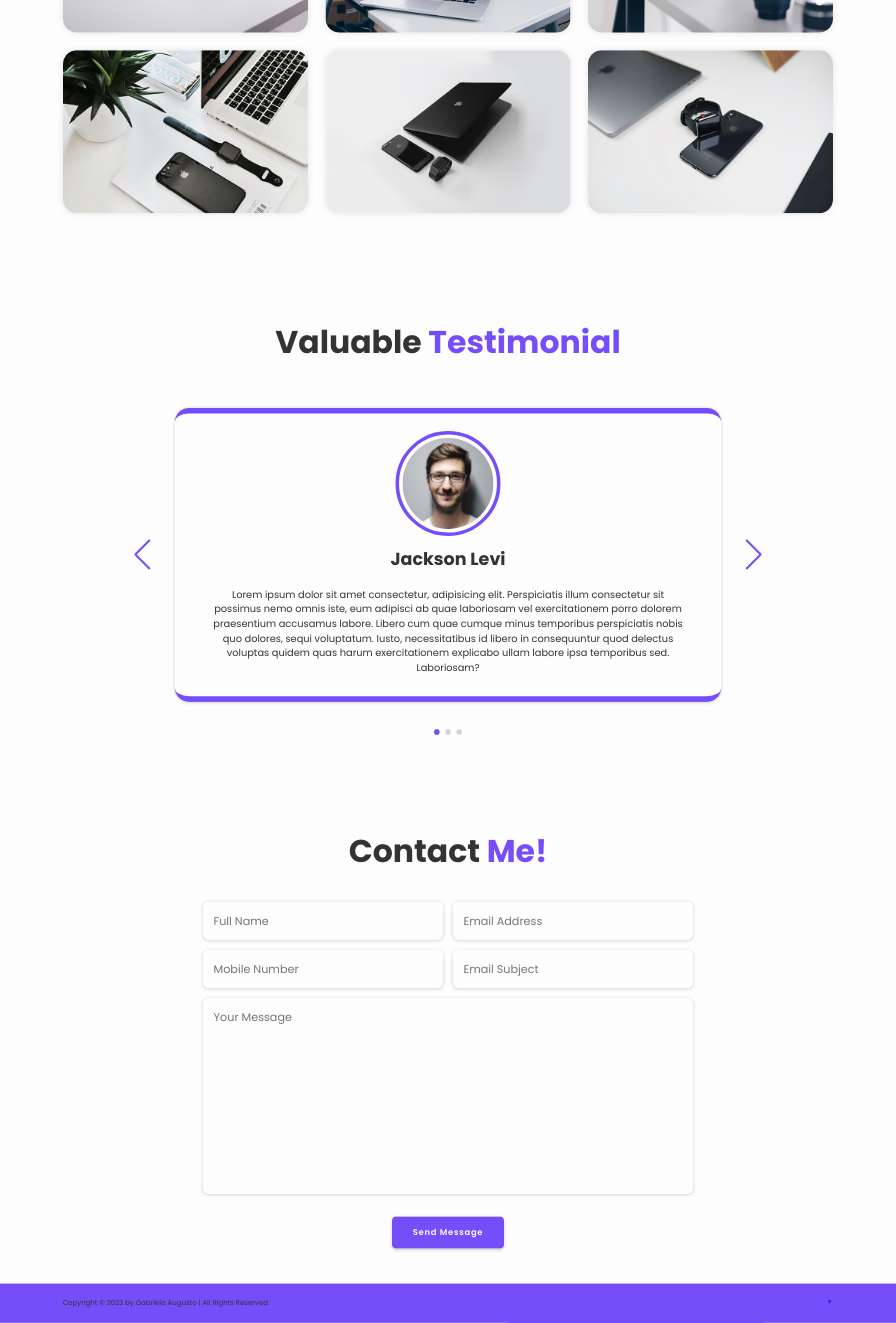
Repository: Gabi-Augusto/Portfolio
Page: index.html
These files come from the project's save history. The page is drawn as it stood at one moment and after the next save; the edit follows.
The browser window is 1280 px wide. The pictures show the part of the page from y = 2504 to 4424 px (the page is 4394 px tall before and 4424 px after), at 70% of full size.

Above is the page before, as saved 2023-11-29 21:10:11.

### index.html
<!DOCTYPE html>
<html lang="en">

<head>
    <meta charset="UTF-8">
    <meta http-equiv="X-UA-Compatible" content="IE=edge">
    <meta name="viewport" content="width=device-width, initial-scale=1.0">
    <title>Portfolio Website Design | Gabriela Augusto</title>

    <!-- swiper css -->
    <link rel="stylesheet" href="https://cdn.jsdelivr.net/npm/swiper@9/swiper-bundle.min.css" />

    <!-- box icons -->
    <link href='https://unpkg.com/boxicons@2.1.4/css/boxicons.min.css' rel='stylesheet'>

    <!-- custom css -->
    <link rel="stylesheet" href="css/style.css">
</head>

<body>

    <!-- header design -->
    <header class="header">
        <a href="#" class="logo">Portfolio.</a>

        <nav class="navbar">
            <a href="#home" class="active">Home</a>
            <a href="#about">About</a>
            <a href="#services">Services</a>
            <a href="#portfolio">Portfolio</a>
            <a href="#contact">Contact</a>
        </nav>

        <div class="bx bx-moon" id="darkMode-icon"></div>
    </header>

    <!-- home section design -->
    <section class="home" id="home">
        <div class="home-content">
            <h3>Hello, I am</h3>
            <h1>Gabriela Augusto</h1>
            <p>Lorem ipsum, dolor sit amet consectetur adipisicing elit. Veritatis sequi amet numquam sunt eius quae deleniti dolore voluptatum.</p>

            <div class="social-media">
                <a href="#"><i class='bx bxl-instagram-alt'></i></a>
                <a href="#"><i class='bx bxl-linkedin' ></i></a>
                <a href="#"><i class='bx bxl-github' ></i></a>
            </div>

            <a href="#" class="btn">Download CV</a>
        </div>

        <div class="profession-container">
            <div class="profession-box">
                <div class="profession" style="--i:0;">
                    <i class='bx bx-cloud'></i>
                    <h3>Salesforce Developer</h3>
                </div>
                <div class="profession" style="--i:1;">
                    <i class='bx bx-bulb'></i>
                    <h3>Business Analyst</h3>
                </div>
                <div class="profession" style="--i:2;">
                    <i class='bx bx-palette'></i>
                    <h3>Web Designer</h3>
                </div>
                <div class="profession" style="--i:3;">
                    <i class='bx bx-code-alt' ></i>
                    <h3>FullStack Developer</h3>
                </div>
                <div class="circle"></div>
            </div>
            <div class="overlay"></div>
        </div>
        <div class="home-img">
            <img src="imagens/home.png" alt="">
        </div>
    </section>

    <!-- about section design -->

    <section class="about" id="about">
        <div class="about-img">
            <img src="imagens/about.png" alt="">
        </div>

        <div class="about-content">
            <h2 class="heading">About <span>Me</span></h2>
            <h3>Hi, I'm Here To Help Your Next Project!</h3>
            <p>Lorem ipsum dolor sit, amet consectetur adipisicing elit. Consequatur laudantium reiciendis voluptates maxime optio cumque accusantium sunt temporibus cupiditate! Sed mollitia id doloribus nesciunt odit harum, praesentium aliquid. Soluta, harum est eveniet quos provident veritatis eaque ullam voluptate laudantium deleniti?</p>
            <a href="#" class="btn">Read More</a>
        </div>
    </section>

    <!-- services section design -->

    <section class="services" id="services">
        <h2 class="heading">My <span>Services</span></h2>

        <div class="services-container">
            <div class="services-box">
                <i class='bx bx-code-alt' ></i>
                <h3>Salesforce Development</h3>
                <p>Lorem ipsum dolor sit amet consectetur adipisicing elit. Corrupti quidem blanditiis error dignissimos. Quos eligendi totam quod nesciunt modi harum incidunt accusamus.</p>
                <a href="#" class="btn">Read More</a>
            </div>
            <div class="services-box">
                <i class='bx bxs-paint'></i>
                <h3>Graphic Design</h3>
                <p>Lorem ipsum dolor sit amet consectetur adipisicing elit. Corrupti quidem blanditiis error dignissimos. Quos eligendi totam quod nesciunt modi harum incidunt accusamus.</p>
                <a href="#" class="btn">Read More</a>
            </div>
            <div class="services-box">
                <i class='bx bx-bar-chart-alt'></i>
                <h3>Digital Marketing</h3>
                <p>Lorem ipsum dolor sit amet consectetur adipisicing elit. Corrupti quidem blanditiis error dignissimos. Quos eligendi totam quod nesciunt modi harum incidunt accusamus.</p>
                <a href="#" class="btn">Read More</a>
            </div>
        </div>
    </section>

    <!-- portfolio section design -->

    <section class="portfolio" id="portfolio">
        <h2 class="heading">Latest <span>Project</span></h2>

        <div class="portfolio-container">
            <div class="portfolio-box">
                <img src="imagens/portfolio1.jpg" alt="">

                <div class="portfolio-layer">
                    <h4>Web Desing</h4>
                    <p>Lorem ipsum dolor sit amet consectetur adipisicing elit. Asperiores, ut possimus!</p>
                    <a href="#"><i class='bx bx-link-external' ></i></a>
                </div>
            </div>

            <div class="portfolio-box">
                <img src="imagens/portfolio2.jpg" alt="">

                <div class="portfolio-layer">
                    <h4>Web Desing</h4>
                    <p>Lorem ipsum dolor sit amet consectetur adipisicing elit. Asperiores, ut possimus!</p>
                    <a href="#"><i class='bx bx-link-external' ></i></a>
                </div>
            </div>

            <div class="portfolio-box">
                <img src="imagens/portfolio3.jpg" alt="">

                <div class="portfolio-layer">
                    <h4>Web Desing</h4>
                    <p>Lorem ipsum dolor sit amet consectetur adipisicing elit. Asperiores, ut possimus!</p>
                    <a href="#"><i class='bx bx-link-external' ></i></a>
                </div>
            </div>

            <div class="portfolio-box">
                <img src="imagens/portfolio4.jpg" alt="">

                <div class="portfolio-layer">
                    <h4>Web Desing</h4>
                    <p>Lorem ipsum dolor sit amet consectetur adipisicing elit. Asperiores, ut possimus!</p>
                    <a href="#"><i class='bx bx-link-external' ></i></a>
                </div>
            </div>

            <div class="portfolio-box">
                <img src="imagens/portfolio5.jpg" alt="">

                <div class="portfolio-layer">
                    <h4>Web Desing</h4>
                    <p>Lorem ipsum dolor sit amet consectetur adipisicing elit. Asperiores, ut possimus!</p>
                    <a href="#"><i class='bx bx-link-external' ></i></a>
                </div>
            </div>

            <div class="portfolio-box">
                <img src="imagens/portfolio6.jpg" alt="">

                <div class="portfolio-layer">
                    <h4>Web Desing</h4>
                    <p>Lorem ipsum dolor sit amet consectetur adipisicing elit. Asperiores, ut possimus!</p>
                    <a href="#"><i class='bx bx-link-external' ></i></a>
                </div>
            </div>

        </div>
    </section>

    <!-- testimonial design -->

    <div class="testimonial-container">
        <h2 class="heading">Valuable <span>Testimonial</span></h2>

        <div class="testimonial-wrapper">
            <div class="testimonial-box mySwiper">
                <div class="testimonial-content swiper-wrapper">
                    <div class="testimonial-slide swiper-slide">
                        <img src="imagens/testimonial1.jpg" alt="">
                        <h3>Jackson Levi</h3>
                        <p>Lorem ipsum dolor sit amet consectetur, adipisicing elit. Perspiciatis illum consectetur sit possimus nemo omnis iste, eum adipisci ab quae laboriosam vel exercitationem porro dolorem praesentium accusamus labore. Libero cum quae cumque minus temporibus perspiciatis nobis quo dolores, sequi voluptatum. Iusto, necessitatibus id libero in consequuntur quod delectus voluptas quidem quas harum exercitationem explicabo ullam labore ipsa temporibus sed. Laboriosam?</p>
                    </div>

                    <div class="testimonial-slide swiper-slide">
                        <img src="imagens/testimonial2.jpg" alt="">
                        <h3>Flora Ocean</h3>
                        <p>Lorem ipsum dolor sit amet consectetur, adipisicing elit. Perspiciatis illum consectetur sit possimus nemo omnis iste, eum adipisci ab quae laboriosam vel exercitationem porro dolorem praesentium accusamus labore. Libero cum quae cumque minus temporibus perspiciatis nobis quo dolores, sequi voluptatum. Iusto, necessitatibus id libero in consequuntur quod delectus voluptas quidem quas harum exercitationem explicabo ullam labore ipsa temporibus sed. Laboriosam?</p>
                    </div>

                    <div class="testimonial-slide swiper-slide">
                        <img src="imagens/testimonial3.jpg" alt="">
                        <h3>Julian Grayson</h3>
                        <p>Lorem ipsum dolor sit amet consectetur, adipisicing elit. Perspiciatis illum consectetur sit possimus nemo omnis iste, eum adipisci ab quae laboriosam vel exercitationem porro dolorem praesentium accusamus labore. Libero cum quae cumque minus temporibus perspiciatis nobis quo dolores, sequi voluptatum. Iusto, necessitatibus id libero in consequuntur quod delectus voluptas quidem quas harum exercitationem explicabo ullam labore ipsa temporibus sed. Laboriosam?</p>
                    </div>
                </div>

                <div class="swiper-button-next"></div>
                <div class="swiper-button-prev"></div>
                <div class="swiper-pagination"></div>

            </div>
        </div>
    </div>

    <!-- contact section design -->

    <section class="contact" id="contact">
        <h2 class="heading">Contact <span>Me!</span></h2>

        <form action="#">

            <div class="input-box">
                <input type="text" placeholder="Full Name">
                <input type="email" placeholder="Email Address">
            </div>

            <div class="input-box">
                <input type="number" placeholder="Mobile Number">
                <input type="text" placeholder="Email Subject">
            </div>
            <textarea name="" id="" cols="30" rows="10" placeholder="Your Message"></textarea>
            <input type="submit" value="Send Message" class="btn">
        </form>
    </section>

    <!-- footer design -->

    <footer class="footer">
        <div class="footer-text">
            <p>Copyright &copy; 2023 by Gabriela Augusto | All Rights Reserved</p>
        </div>

        <div class="footer-iconTop">
            <a href="#home"><i class='bx bx-up-arrow-alt' ></i></a>
        </div>
    </footer>


    <!-- scroll reveal -->
    <script src="https://unpkg.com/scrollreveal"></script>

    <!-- swiper js -->
    <script src="https://cdn.jsdelivr.net/npm/swiper@9/swiper-bundle.min.js"></script>

    <!-- custom js -->
    <script src="js/script.js"></script>
</body>

</html>

### css/style.css
@import url('https://fonts.googleapis.com/css2?family=Poppins:wght@300;400;500;600;700;800;900&display=swap');

* {
    margin: 0;
    padding: 0;
    box-sizing: border-box;
    text-decoration: none;
    border: none;
    outline: none;
    scroll-behavior: smooth;
    font-family: 'Poppins', sans-serif;
}

:root {
    --bg-color: #fdfdfd;
    --text-color: #333;
    --main-color: #754ef9;
    --white-color: #fdfdfd;
    --shadow-color: rgba(0, 0, 0, .2);
}

html {
    font-size: 62.5%;
    overflow-x: hidden;
}

body {
    background: var(--bg-color);
    color: var(--text-color);
}

.header {
    position: fixed;
    top: 0;
    left: 0;
    width: 100%;
    padding: 2rem 7%;
    background: transparent;
    display: flex;
    align-items: center;
    z-index: 100;
    transition: .5s;
}

.header.sticky {
    background: var(--bg-color);
    box-shadow: 0 .1rem 1rem var(--shadow-color);
}

.logo {
    font-size: 2.5rem;
    color: var(--main-color);
    font-weight: 600;
    cursor: default;
    margin-right: auto;
}

.navbar a {
    position: relative;
    font-size: 1.7rem;
    color: var(--white-color);
    font-weight: 500;
    margin-right: 3.5rem;
}

.header.sticky .navbar a {
    color: var(--text-color);
}

.header.sticky .navbar a.active {
    color: var(--main-color);
}

.navbar a.active::before{
    content: '';
    position: absolute;
    left: 0;
    bottom: -6px;
    width: 100%;
    height: .2rem;
    background: var(--white-color);
}

.header.sticky .navbar a::before {
    background: var(--main-color);
    opacity: .7;
}

#darkMode-icon {
    font-size: 2.4rem;
    color: var(--white-color);
    cursor: pointer;
}

.header.sticky #darkMode-icon{
    color: var(--text-color);
    opacity: .9;
}

section {
    min-height: 100vh;
    padding: 7rem 7% 2rem;
}

.home {
    display: flex;
    align-items: center;
}

.home .home-content {
    max-width: 44rem;
}

.home-content h3 {
    font-size: 3.2rem;
    font-weight: 700;
    line-height: .3;
}

.home-content h1 {
    font-size: 4.8rem;
    font-weight: 700;
    margin-bottom: .3rem;
}

.home-content p {
    font-size: 1.6rem;
}

.home-content .social-media a {
    display: inline-flex;
    justify-content: center;
    align-items: center;
    width: 4rem;
    height: 4rem;
    background: transparent;
    border: .2rem solid var(--main-color);
    border-radius: 50%;
    box-shadow: 0 .2rem .5rem  var(--shadow-color);
    font-size: 2rem;
    color: var(--main-color);
    margin: 2.5rem 1.5rem 3rem 0;
    transition: .5s ease;
}

.home-content .social-media a:hover {
    background: var(--main-color);
    color: var(--white-color);
}

.btn {
    display: inline-block;
    padding: 1.2rem 2.8rem;
    background: var(--main-color);
    border-radius: .6rem;
    box-shadow: 0 .2rem .5rem var(--shadow-color);
    font-size: 1.2rem;
    color: var(--white-color);
    letter-spacing: .1rem;
    font-weight: 600;
    border: .2rem solid transparent;
    transition: .5s ease;
}

.btn:hover {
    background: transparent;
    color: var(--main-color);
    border-color: var(--main-color);
}

.home .profession-container {
    position: absolute;
    top: 48%;
    right: 30px;
    transform: translateY(-50%);
    width: 680px;
    height: 680px;
    overflow: hidden;
    pointer-events: none;
}

.home .profession-container .profession-box {
    position: absolute;
    top: 0;
    right: 0;
    width: 680px;
    height: 680px;
    border-radius: 50%;
    display: flex;
    justify-content: center;
    align-items: center;
}

.home .profession-box .profession {
    position: absolute;
    left: 0;
    display: flex;
    align-items: center;
    flex-direction: column;
    color: var(--main-color);
    transform: rotate(calc(360deg / 4 * var(--i)));
    transform-origin: 340px;
    background: var(--bg-color);
    padding: 13px 0;
}

.home .profession-box .profession:nth-child(1) i {
    margin-right: 15px;
}

.home .profession-box .profession:nth-child(2),
.home .profession-box .profession:nth-child(4) {
    padding-bottom: 20px;
}

.home .profession i {
    font-size: 3.8rem;
}

.home .profession h3 {
    font-size: 2.4rem;
    line-height: 1;
    font-weight: 600;
}

.home .profession-box .circle {
    width: 520px;
    height: 520px;
    border: 3px solid var(--main-color);
    border-radius: 50%;
}

.home .profession-container .overlay {
    position: absolute;
    top: 0;
    right: 0;
    width: 0;
    height: 0;
    border-top: 340px solid var(--main-color);
    border-right: 340px solid var(--main-color);
    border-bottom: 340px solid var(--main-color);
    border-left: 340px solid transparent;
}

.home-img img {
    position: absolute;
    bottom: 0;
    top: 83px;
    right: 70px;
    width: 29%;
    pointer-events: none;
}

span {
    color: var(--main-color);
}

.about {
    display: flex;
    justify-content: center;
    align-items: center;
    gap: 6rem;
}

.about-img img {
    width: 40vw;
}

.heading {
    font-size: 4.5rem;
    text-align: center;
}

.about-content h2 {
    text-align: left;
    line-height: 1.2;
}

.about-content h3 {
    font-size: 2rem;
}

.about-content p {
    font-size: 1.6rem;
    margin: 2rem 0 3rem;
}

.services {
    min-height: auto;
    padding-bottom: 7rem;
}

.services h2 {
    margin-bottom: 5rem;
}

.services .services-container {
    display: flex;
    justify-content: center;
    align-items: center;
    flex-wrap: wrap;
    gap: 2rem;
}

.services-container .services-box {
    flex: 1 1 30rem;
    background: var(--bg-color);
    padding: 3rem 2rem 4rem;
    border-radius: 2rem;
    box-shadow: 0 .1rem .5rem var(--shadow-color);
    text-align: center;
    border-top: .6rem solid var(--main-color);
    border-bottom: .6rem solid var(--main-color);
    transition: .5s ease;
}

.services-container .services-box:hover {
    box-shadow: 0 .1rem 2rem var(--shadow-color);
    transform: scale(1.02);
}

.services-box i {
    font-size: 7rem;
    color: var(--main-color);
}

.services-box h3 {
    font-size: 2.6rem;
    transition: .5s ease;
}

.services-box:hover h3 {
    color: var(--main-color);
}

.services-box p {
    font-size: 1.6rem;
    margin: 1rem 0 3rem;
}

.portfolio {
    padding-bottom: 10rem;
}

.portfolio h2 {
    margin-bottom: 4rem;
}

.portfolio .portfolio-container {
    display: grid;
    grid-template-columns: repeat(3, 1fr);
    align-items: center;
    gap: 2.5rem;
}

.portfolio-container .portfolio-box{
    position: relative;
    display: flex;
    border-radius: 2rem;
    box-shadow: 0 0 1rem rgba(0, 0, 0, .1);
    overflow: hidden;
}

.portfolio-box img {
    width: 100%;
    transition: .5s ease;
}

.portfolio-box:hover img {
    transform: scale(1.1);
}

.portfolio-box .portfolio-layer {
    position: absolute;
    bottom: 0;
    left: 0;
    width: 100%;
    height: 100%;
    background: linear-gradient(rgba(0, 0, 0, .1), var(--main-color));
    color: var(--white-color);
    display: flex;
    justify-content: center;
    align-items: center;
    flex-direction: column;
    text-align: center;
    padding: 0 4rem;
    opacity: 0;
    transition: .5s ease;
}

.portfolio-box:hover .portfolio-layer {
    opacity: 1;
}

.portfolio-layer h4 {
    font-size: 3rem;
}

.portfolio-layer p {
    font-size: 1.6rem;
    margin: .3rem 0 1rem;
}

.portfolio-layer a {
    display: inline-flex;
    justify-content: center;
    align-items: center;
    width: 5rem;
    height: 5rem;
    background: var(--white-color);
    border-radius: 50%;
}

.portfolio-layer a i {
    font-size: 2rem;
    color: #333;
}

.testimonial-container {
    display: flex;
    align-items: center;
    flex-direction: column;
    width: 100%;
    padding: 5rem 1rem;
}

.testimonial-container .testimonial-wrapper {
    position: relative;
    max-width: 90rem;
    width: 100%;
    padding: 5rem;
}

.testimonial-wrapper .testimonial-box {
    padding: 1rem;
    border-radius: 2rem;
    overflow: hidden;
}

.testimonial-content .testimonial-slide {
    display: flex;
    align-items: center;
    flex-direction: column;
    background: var(--bg-color);
    border-radius: 2rem;
    box-shadow: 0 .1rem .5rem var(--shadow-color);
    padding: 3rem 5rem;
    border-top: .8rem solid var(--main-color);
    border-bottom: .8rem solid var(--main-color);
}

.testimonial-slide img {
    width: 14rem;
    height: 14rem;
    object-fit: cover;
    border-radius: 50%;
    border: .5rem solid var(--bg-color);
    outline: .5rem solid var(--main-color);
}

.testimonial-slide h3 {
    font-size: 2.5rem;
    margin: 2rem 0;
}

.testimonial-slide p {
    font-size: 1.4rem;
    text-align: center;
}

.testimonial-box .swiper-button-next,
.testimonial-box .swiper-button-prev {
    color: var(--main-color);
}

.testimonial-box .swiper-button-next {
    right: 0;
}

.testimonial-box .swiper-button-prev {
    left: 0;
}

.testimonial-box .swiper-pagination-bullet {
    background: rgba(0, 0, 0, .8);
}

.testimonial-box .swiper-pagination-bullet-active {
    background: var(--main-color);
}

.contact h2 {
    margin-bottom: 3rem;
}

.contact form {
    max-width: 70rem;
    margin: 1rem auto;
    text-align: center;
    margin-bottom: 3rem;
}

.contact form .input-box {
    display: flex;
    justify-content: space-between;
    flex-wrap: wrap;
}

.contact form .input-box input,
.contact form textarea {
    width: 100%;
    padding: 1.5rem;
    font-size: 1.6rem;
    color: var(--text-color);
    background: var(--bg-color);
    border-radius: .8rem;
    margin: .7rem 0;
    box-shadow: 0 .1rem .5rem var(--shadow-color);
}

.contact form .input-box input {
    width: 49%;
}

.contact form textarea {
    resize: none;
}

.contact form .btn {
    margin-top: 2rem;
    cursor: pointer;
}

.footer {
    display: flex;
    justify-content: space-between;
    align-items: center;
    flex-wrap: wrap;
    padding: 2rem 7%;
    background: var(--main-color);
}

### js/script.js
/*========== menu icon navbar ==========*/
let menuIcon = document.querySelector('#menu-icon');
let navbar = document.querySelector('.navbar');


/*========== scroll sections active link ==========*/
let sections = document.querySelectorAll('section');
let navLinks = document.querySelectorAll('header nav a');

window.onscroll = () => {
    /*========== sticky navbar ==========*/
    let header = document.querySelector('.header');

    header.classList.toggle('sticky', window.scrollY > 100);
    /*========== remove menu icon navbar when click navbar link (scroll) ==========*/
};


/*========== swiper ==========*/

var swiper = new Swiper(".mySwiper", {
    slidesPerView: 1,
    spaceBetween: 50,
    loop: true,
    grabCursor: true,
    pagination: {
      el: ".swiper-pagination",
      clickable: true,
    },
    navigation: {
      nextEl: ".swiper-button-next",
      prevEl: ".swiper-button-prev",
    },
  });


/*========== dark light mode ==========*/

/*========== scroll reveal ==========*/

After the next save:
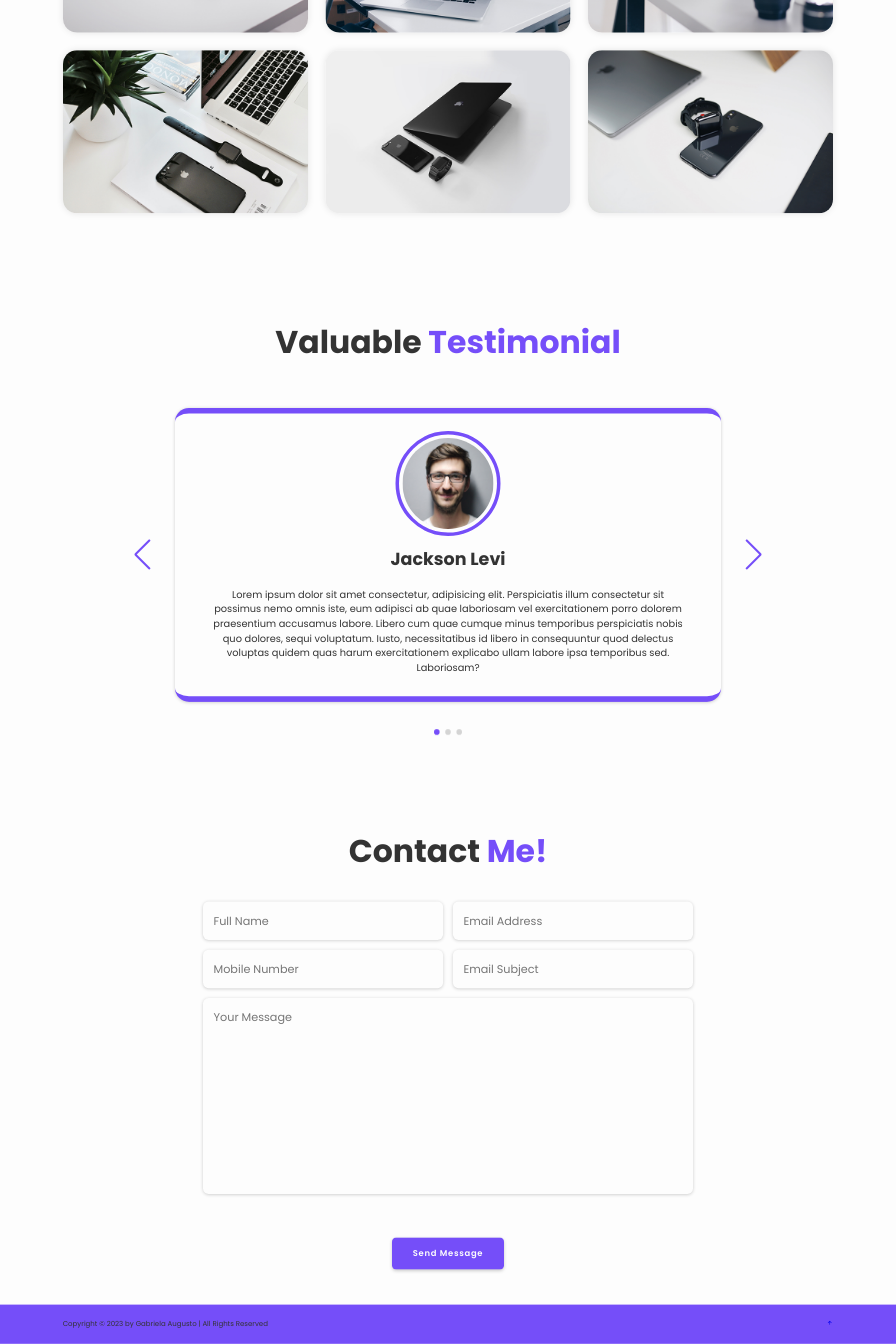
Saved 47 s later.
--- a/css/style.css
+++ b/css/style.css
@@ -527,7 +527,7 @@ span {
 }
 
 .contact form .btn {
-    margin-top: 2rem;
+    margin-top: 5rem;
     cursor: pointer;
 }
 
